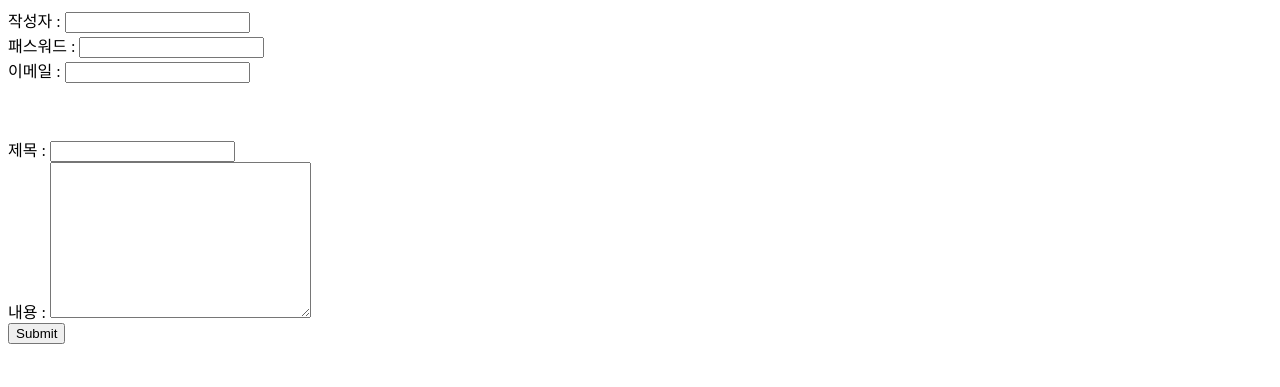
Repository: GitOnibi/jsp
Page: http://localhost/JSPprojec/notice/write_form.jsp?mode=write
An editor plug-in stored every save of this project. The page is shown before and after the next save, followed by the edit.
The browser window is 1280 px wide. The pictures show the whole page.
The page is served by Tomcat 9.

Above is the page before, as saved 2019-01-11 10:48:30.

After the next save:
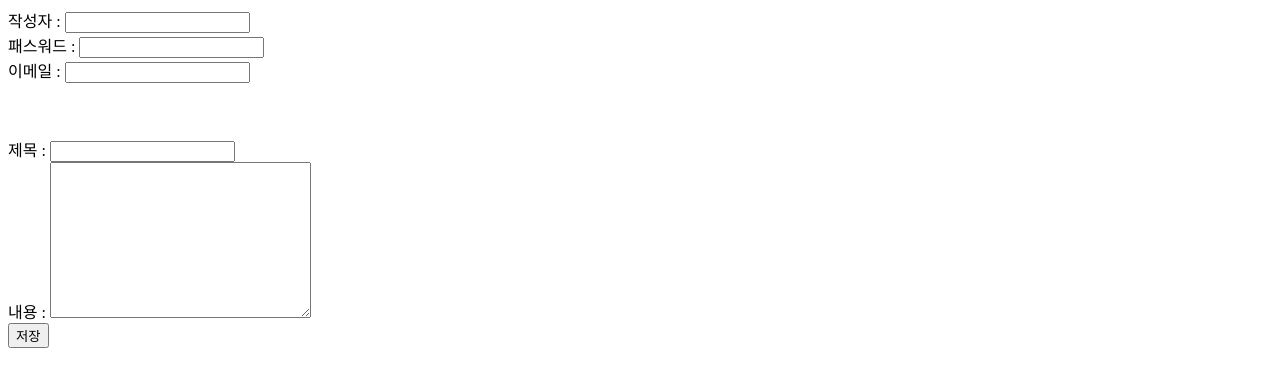
Saved 21 s later.
--- a/JSPprojec/WebContent/notice/write_form.jsp
+++ b/JSPprojec/WebContent/notice/write_form.jsp
@@ -12,7 +12,7 @@
 		이메일 : <input type="text" name="user_email"/><br /><br /><br /><br />
 		제목 : <input type="text" name="title"/><br />
 		내용 : <textarea name="contents" id="" cols="30" rows="10"></textarea><br />
-		<input type="submit" />
+		<input type="submit" value="저장"/>
 	</form>
 </body>
 </html>
